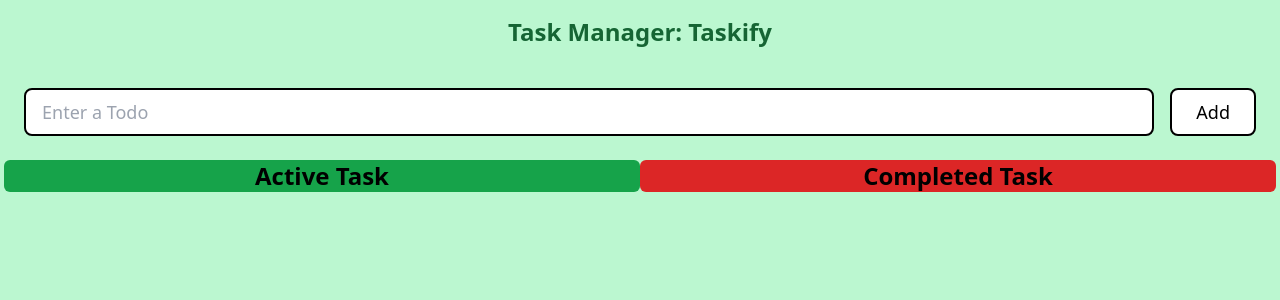
Repository: Dineshbhandari2023/Todo
Page: /
An editor plug-in stored every save of this project. The page is shown before and after the next save, followed by the edit.
The browser window is 1280 px wide. The pictures show the whole page.
Some web fonts or font styles are not loaded; a fallback is used. The project was rebuilt for these pictures with package versions that can differ from the ones it lists, and the page was loaded fresh each time. Also part of the build but not shown: src/Components/SingleTodo.tsx.

Above is the page before, as saved 2025-06-19 22:04:14.

### src/App.tsx
import React, { useState } from "react";
import "./App.css";
import InputFields from "./Components/InputFields";
import { Todo } from "./model";
import TodoList from "./Components/TodoList";

// //Learning Types
// let name: string;
// let age: number;
// let hobbies: string[];
// let role: [number, number, string];

// // Objects Can be defined using: types or interface
// type Animal = {
//   name: string;
//   age: number;
//   color?: string;
// };

// let myAnimal: Animal = {
//   name: "Dog",
//   age: 3,
//   color: "Brown",
// };

// let Animals: Animal[];

// //defining function in ts
// function printAnything(Animal: string) {
//   console.log(Animal);
// }

// printAnything("DOG");

const App: React.FC = () => {
  const [todo, setTodo] = useState<string>("");
  const [todos, setTodos] = useState<Todo[]>([]);

  const handleAdd = (e: React.FormEvent) => {
    e.preventDefault();
    if (todo) {
      setTodos([...todos, { id: Date.now(), todo: todo, isDone: false }]);
      setTodo("");
    }
  };
  console.log(todos);

  return (
    <div className="bg-green-200 h-screen">
      <h1 className="font-extrabold text-center text-green-800 text-2xl p-4">
        Task Manager: Taskify
      </h1>
      <InputFields todo={todo} setTodo={setTodo} handleAdd={handleAdd} />
      <TodoList todos={todos} setTodos={setTodos} />
    </div>
  );
};

export default App;

### src/App.css
@import url("https://fonts.googleapis.com/css2?family=Montserrat:ital@0;1&family=Savate:ital,wght@0,200..900;1,200..900&display=swap");

.App {
  text-align: center;
  font-family: "Montserrat", sans-serif;
}

### src/Components/InputFields.tsx
import React, { useRef } from "react";

interface Props {
  todo: string;
  setTodo: React.Dispatch<React.SetStateAction<string>>;
  handleAdd: (e: React.FormEvent) => void;
}

const InputFields = ({ todo, setTodo, handleAdd }: Props) => {
  const inputRef = useRef<HTMLInputElement>(null);
  return (
    <form
      className="flex gap-4 m-6"
      onSubmit={(e) => {
        handleAdd(e);
        inputRef.current?.blur();
      }}
    >
      <input
        ref={inputRef}
        type="text"
        value={todo}
        onChange={(e) => setTodo(e.target.value)}
        placeholder="Enter a Todo"
        className="flex-1 px-4 py-2 border-2 border-black rounded-lg text-lg focus:outline-none focus:ring-2 focus:ring-blue-500"
      />
      <button
        className="px-6 py-2 bg-white border-2 border-black rounded-lg text-lg font-medium hover:bg-blue-600 focus:outline-none focus:ring-2 focus:ring-blue-500"
        type="submit"
      >
        Add
      </button>
    </form>
  );
};

export default InputFields;

### src/Components/TodoList.tsx
import React from "react";
import { Todo } from "../model";
import SingleTodo from "./SingleTodo";

interface Props {
  todos: Todo[];
  setTodos: React.Dispatch<React.SetStateAction<Todo[]>>;
}

const TodoList = ({ todos, setTodos }: Props) => {
  return (
    <div className="flex justify-between">
      <div className="w-2/4 bg-green-600 rounded-md ml-1">
        <h1 className="text-center text-2xl font-extrabold">Active Task</h1>
        <div>
          {todos.map((todo) => (
            <SingleTodo
              todo={todo}
              key={todo.id}
              todos={todos}
              setTodos={setTodos}
            />
          ))}
        </div>
      </div>
      <div className="w-2/4 bg-red-600 rounded-md mr-1">
        <h1 className="text-center text-2xl font-extrabold">Completed Task</h1>
        <div>
          {todos.map((todo) => (
            <SingleTodo
              todo={todo}
              key={todo.id}
              todos={todos}
              setTodos={setTodos}
            />
          ))}
        </div>
      </div>
    </div>
  );
};

export default TodoList;

Loaded but not shown: public/index.html (common file); src/index.tsx (common file); src/index.css (common file); tailwind.config.js (common file)

After the next save:
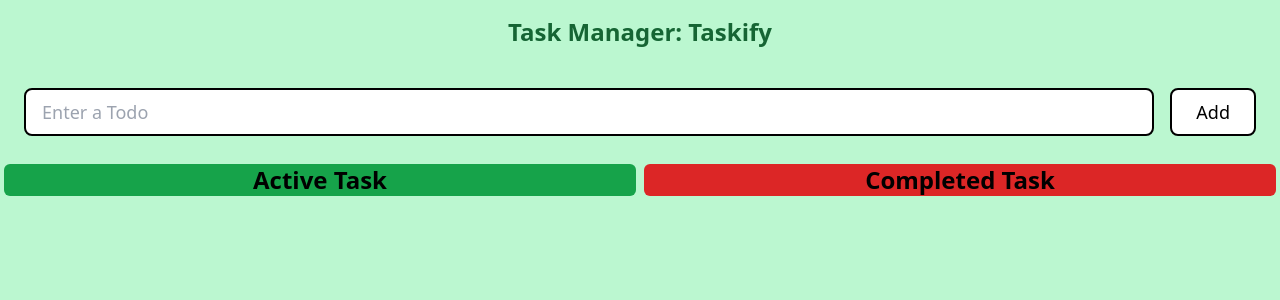
Saved 10 s later.
--- a/src/Components/TodoList.tsx
+++ b/src/Components/TodoList.tsx
@@ -10,7 +10,7 @@ interface Props {
 const TodoList = ({ todos, setTodos }: Props) => {
   return (
     <div className="flex justify-between">
-      <div className="w-2/4 bg-green-600 rounded-md ml-1">
+      <div className="w-2/4 bg-green-600 rounded-md m-1">
         <h1 className="text-center text-2xl font-extrabold">Active Task</h1>
         <div>
           {todos.map((todo) => (
@@ -23,7 +23,7 @@ const TodoList = ({ todos, setTodos }: Props) => {
           ))}
         </div>
       </div>
-      <div className="w-2/4 bg-red-600 rounded-md mr-1">
+      <div className="w-2/4 bg-red-600 rounded-md m-1">
         <h1 className="text-center text-2xl font-extrabold">Completed Task</h1>
         <div>
           {todos.map((todo) => (
